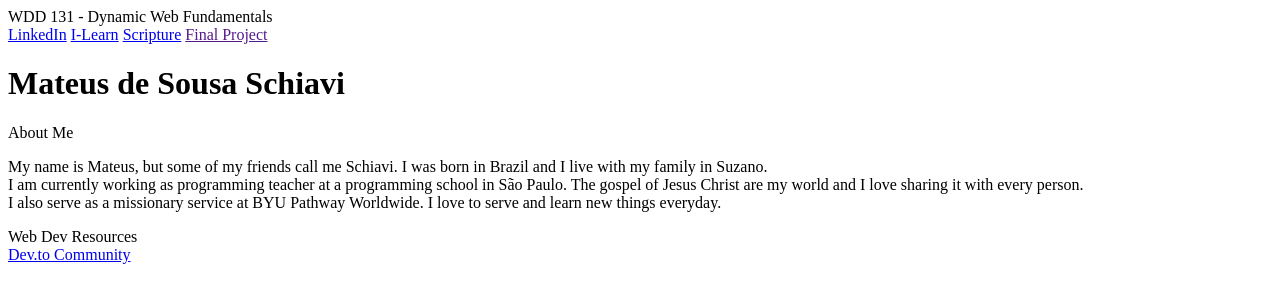
Repository: mateus-schiavi/wdd131
Page: index.html
An editor plug-in stored every save of this project. The page is shown before and after the next save, followed by the edit.
The browser window is 1280 px wide. The pictures show the whole page.

Above is the page before, as saved 2026-01-10 12:58:59.

### index.html
<!DOCTYPE html>
<html lang="en">
<head>
    <meta charset="UTF-8">
    <meta name="viewport" content="width=device-width, initial-scale=1.0">
    <title>WDD 131 - Dynamic Web Fundamentals - Mateus de Sousa Schiavi</title>
</head>
<body>
    <header>
        <span id="course-title">WDD 131 - Dynamic Web Fundamentals</span>
        <nav>
            <a href="https://www.linkedin.com/in/mateus-de-sousa-schiavi/" target="_blank">LinkedIn</a>
            <a href="https://byupw.instructure.com/" target="_blank">I-Learn</a>
            <a href="https://www.churchofjesuschrist.org/study/scriptures/nt/matt/24?lang=eng&id=p14#p14" target="_blank">Scripture</a>
            <a href="">Final Project</a>
        </nav>
    </header>
    <main>
        <h1>Mateus de Sousa Schiavi</h1>
        <section id="card">
            <header>About Me</header>
            <p>
                My name is Mateus, but some of my friends call me Schiavi. I was born in Brazil and I live with my family in Suzano. <br>
                I am currently working as programming teacher at a programming school in São Paulo. The gospel of Jesus Christ are my world and I love sharing it with every person. <br>
                I also serve as a missionary service at BYU Pathway Worldwide. I love to serve and learn new things everyday.
            </p>
        </section>
        <section id="card">
            <header>Web Dev Resources</header>
            <a href="https://dev.to/">Dev.to Community</a>
        </section>
    </main>
    <footer></footer>
</body>
</html>

After the next save:
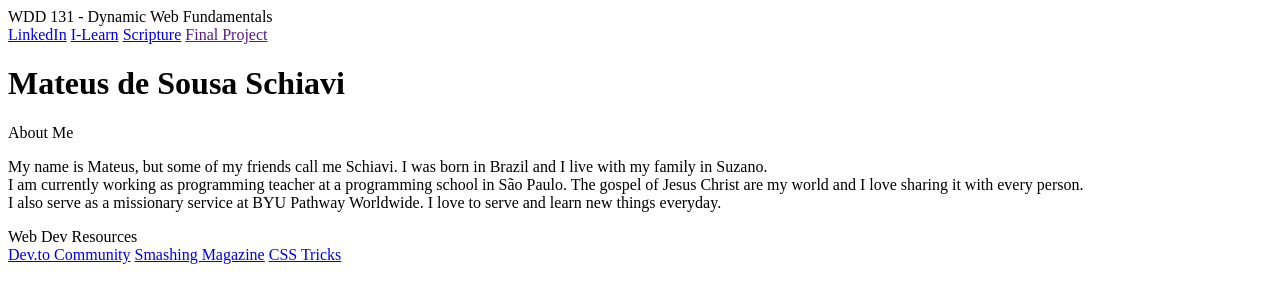
Saved 60 s later.
--- a/index.html
+++ b/index.html
@@ -27,7 +27,9 @@
         </section>
         <section id="card">
             <header>Web Dev Resources</header>
-            <a href="https://dev.to/">Dev.to Community</a>
+            <a href="https://dev.to/" target="_blank">Dev.to Community</a>
+            <a href="https://www.smashingmagazine.com/" target="_blank">Smashing Magazine</a>
+            <a href="https://css-tricks.com/" target="_blank">CSS Tricks</a>
         </section>
     </main>
     <footer></footer>
